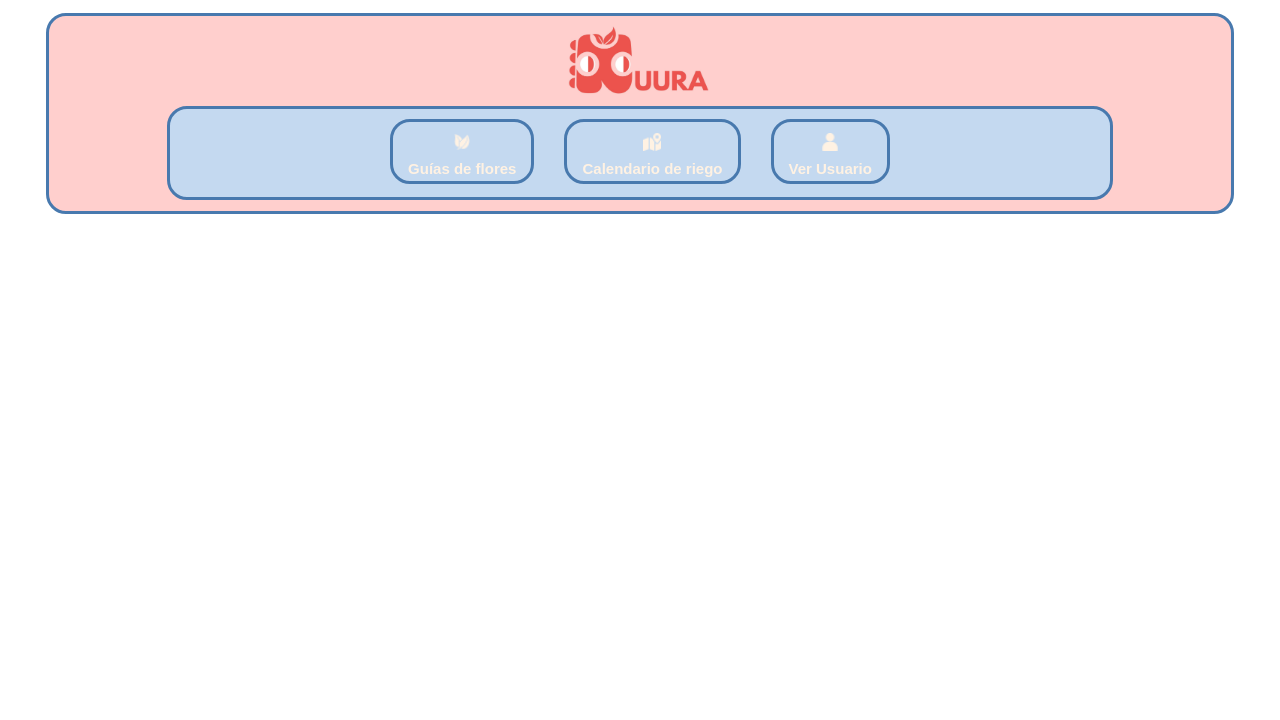
Repository: carrascokarencb37-afk/Nuura
Page: html/menu.html
These files come from the project's save history. The page is drawn as it stood at one moment and after the next save; the edit follows.
The browser window is 1280 px wide. The pictures show the whole page.

Above is the page before, as saved 2026-05-28 23:04:57.
Console error: TypeError: Cannot set properties of null (setting 'innerHTML')

### html/menu.html
<!DOCTYPE html>
<html lang="es">
<head>
    <meta charset="UTF-8">
    <meta name="viewport" content="width=device-width, initial-scale=1.0">
    <title>Nuura</title>

    <link rel="stylesheet" href="../css/menu.css">
    <script src="../js/menu.js" defer></script>
    <link rel="icon" href="../img/Nuura.png" type="png">

</head>
<body>
    <header class="banner">

        <nav class="menu">

            <div class="top_bar">
                <img src="../img/logo_rosita.jpeg" alt="Logo de nombre" height="70px" width="150px" class="titulo">
                <button class="menu_desp">☰</button>
            </div>
                <div class="cont_botones">

                    <a href="../php/guia.php" class="boton">
                        <span class="icon">
                            <img src="../img/leaves.png" data-normal="../img/leaves.png"
                            data-activo="../img/leaves_click.png" alt="documents" width="18px">
                        </span>
                        <span class="text">Guías de flores</span>
                    </a>

                    <a href="calendario.html" class="boton">
                        <span class="icon">
                            <img src="../img/map.png" data-normal="../img/map.png"
                            data-activo="../img/map_click.png" alt="Home" width="18px">
                        </span>
                        <span class="text">Calendario de riego</span>
                    </a>

                    <a href="usuario.html" class="boton">
                        <span class="icon">
                            <img src="../img/user.png" data-normal="../img/user"
                            data-activo="../img/gardening_click.png" alt="clock" width="18px">
                        </span>
                        <span class="text">Ver Usuario</span>
                    </a>

            </div>
        </nav>
    </header>


</body>
</html>

### css/menu.css
/*Estilo de los botones del menu*/
.boton {
    font-family: Arial, Helvetica, sans-serif;
    color: #FFF2E3;
    padding: 4px 15px;
    border-radius: 20px;
    margin-bottom: 10px;
    display: flex;
    flex-direction: column;
    text-align: center;
    align-items: center;
    width: auto;
    height: auto;
    border: 3px solid #4879AE;
}

a{
    text-decoration: none;
}

/*Para que los icon esten peques (creo)*/
.icon {
    font-size: 28px;
    margin-bottom: 2px;
}
/*El texto del icon*/
.text {
    font-size: 15px;
    font-weight: 600;
}

/*Este es el fondo de todo el menu (y contendor padre, hasta donde recuerdo)*/
.menu {
    margin: 1% 3%;
    background-color: #FFCFCD;
    display: flex;
    flex-direction: column;
    align-items: stretch;
    border-radius: 20px;
    border: 3px solid #4879AE;
}

/*Para que se centraran porque me daba ansiedad*/
.menu .boton {
    justify-content: center;
    align-items: center;
}

h1 {
    color:#707f39;
    margin: 7px;
    font-weight: 800;
    font-size: 45px;
}

/*Este es para el menu desplegable (como se pone en moviles, asi todo comprimido y tal)*/
.top_bar {
    position: relative;
    display: flex;
    align-items: center;
    padding: 10px;
    height: 70px;
    position: relative;
}

/*Es el coso de Nuura que va hasta arriba al centro*/
.titulo {
    position: absolute;
    left: 50%;
    transform: translateX(-50%);
}

/*El contenedor directo de los botones*/
.cont_botones {
    display: flex;
    gap: 30px;
    justify-content: center;
    flex-wrap: wrap;
    padding: 10px 20px 3px 20px;
    background-color: #c4d9f0;
    margin: 0 10% 1% 10%;
    border-radius: 20px;
    border: 3px solid #4879AE;
}

/*El nombre lo dice, mas cosas del menu desplegable*/
.menu_desp {
background: none;
border: none;
color: #FFF2E3;
font-size: 28px;
cursor: pointer;
}

.top_bar {
    position: relative;
    display: flex;
    align-items: center;
    padding: 10px;
}

.menu_desp {
    margin-left: auto;
}

/*Responsive para moviles*/
@media (max-width: 1000px) {

    .menu {
        position: relative;
    }

    .cont_botones {
        display: none;
        flex-direction: column;
        position: absolute;
        top: 70px;
        right: 10px;
        width: 200px;
        background-color: #FFF2E3;
        padding: 10px;
        box-shadow: 0 5px 15px rgba(0,0,0,0.3);
    }

    .cont_botones.act {
        display: flex;
    }

    .boton {
        width: 100%;
        text-align: left;
        padding: 10px;
    }
}

/*Un poquito de responsive para computadoras*/
@media (min-width: 1001px) {
    .menu_desp {
        display: none;
    }

    .cont_botones {
        display: flex;
        flex-direction: row;
        overflow-x: visible;
    }
}
/*Para cuando presiones un boton del menu, se cambien de color el texto y el fondo*/
.boton.activo {
    background-color: #F1F191 !important;
    color: #6f7f3d !important;
}

### js/menu.js
fetch('../html/menu.html')
    .then(res => res.text())
    .then(data=> {

        document.getElementById('menu_container').innerHTML = data;

        const desp =
    document.querySelector('.menu_desp');
    const menu =
    document.querySelector('.cont_botones');

    console.log(desp);

    desp.addEventListener('click', () => {
        menu.classList.toggle('act');
    });

    const links =
    document.querySelectorAll('.boton');
            const rutAct =
    window.location.pathname;

            links.forEach(link => {
                const href =
    link.getAttribute('href');

                if (rutAct.endsWith(href)) {
    link.classList.add('activo');

            const img =
    link.querySelector('img');
                if(img) {
                    const src =
    img.getAttribute('src');
                        img.setAttribute('src',
    src.replace('.png', '_click.png'));
                }
                }
            });
});

After the next save:
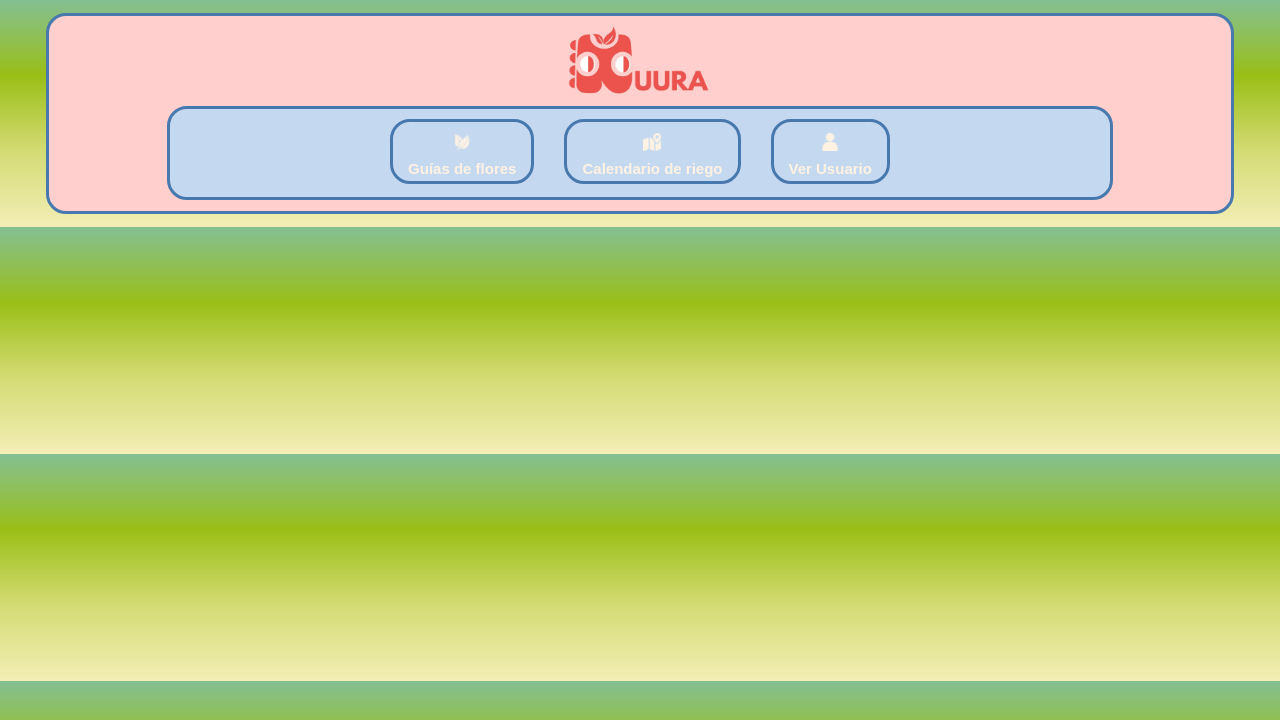
Saved 57 s later.
--- a/css/menu.css
+++ b/css/menu.css
@@ -1,3 +1,11 @@
+
+body{
+        background-image: linear-gradient(to top, #f3eeb6, #d4db74, #9abf17, #84bf93);
+}
+
+
+
+
 /*Estilo de los botones del menu*/
 .boton {
     font-family: Arial, Helvetica, sans-serif;
